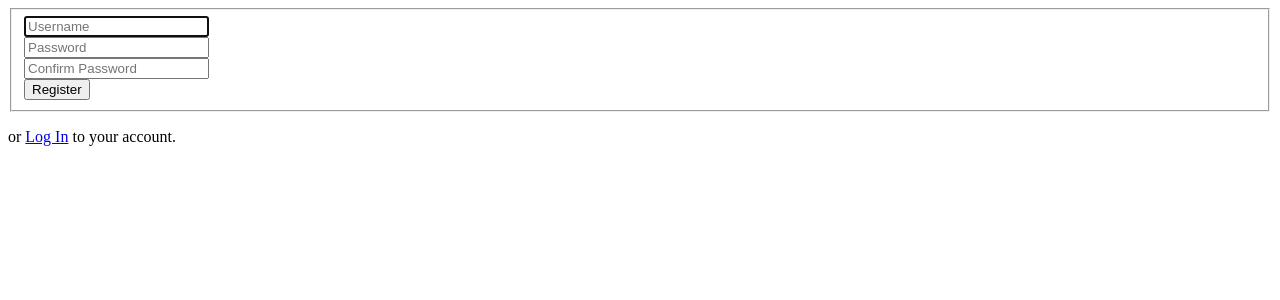
Repository: JayWelborn/CS50x-archive
Page: http://localhost/week8/pset7/views/password_form.php
The author's editor kept a record of every edit. The page is drawn from the files as they stood at one moment, then again after the next edit.
The browser window is 1280 px wide. The pictures show the whole page.
The page is run by PHP 8.4 with error messages shown; the project is at /var/www/html/.

Above is the page before.

### workspace/week8/pset7/views/password_form.php
<form action="password.php" method="post">
    <fieldset>
        <div class="form-group">
            <input autocomplete="off" autofocus class="form-control" name="username" placeholder="Username" type="text"/>
        </div>
        <div class="form-group">
            <input class="form-control" name="password" placeholder="Password" type="password"/>
        </div>
        <div class="form-group">
            <input class="form-control" name="confirmation" placeholder="Confirm Password" type="password"/>
        </div>
        <div class="form-group">
            <button class="btn btn-default" type="submit">
                <span aria-hidden="true" class="glyphicon glyphicon-log-in"></span>
                Register
            </button>
        </div>
    </fieldset>
</form>
<div>
    or <a href="login.php">Log In</a> to your account.
</div>

After the next edit:
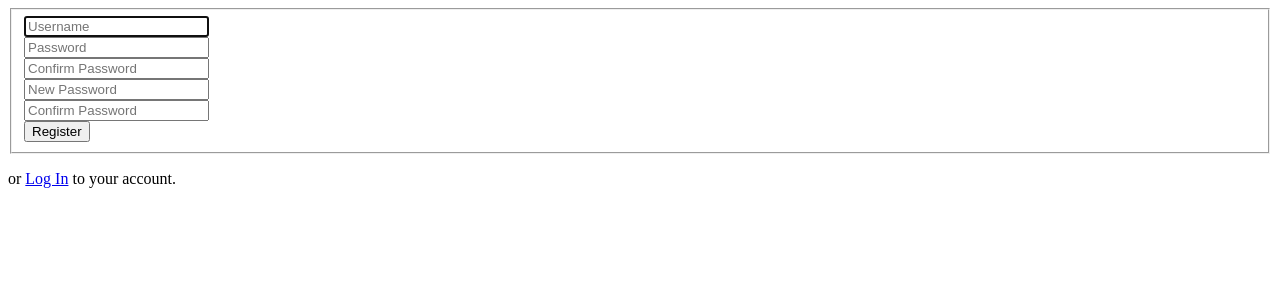
The edit:
--- a/workspace/week8/pset7/views/password_form.php
+++ b/workspace/week8/pset7/views/password_form.php
@@ -5,6 +5,12 @@
         </div>
         <div class="form-group">
             <input class="form-control" name="password" placeholder="Password" type="password"/>
+        </div>
+        <div class="form-group">
+            <input class="form-control" name="confirmation" placeholder="Confirm Password" type="password"/>
+        </div>
+        <div class="form-group">
+            <input class="form-control" name="new_password" placeholder="New Password" type="password"/>
         </div>
         <div class="form-group">
             <input class="form-control" name="confirmation" placeholder="Confirm Password" type="password"/>
